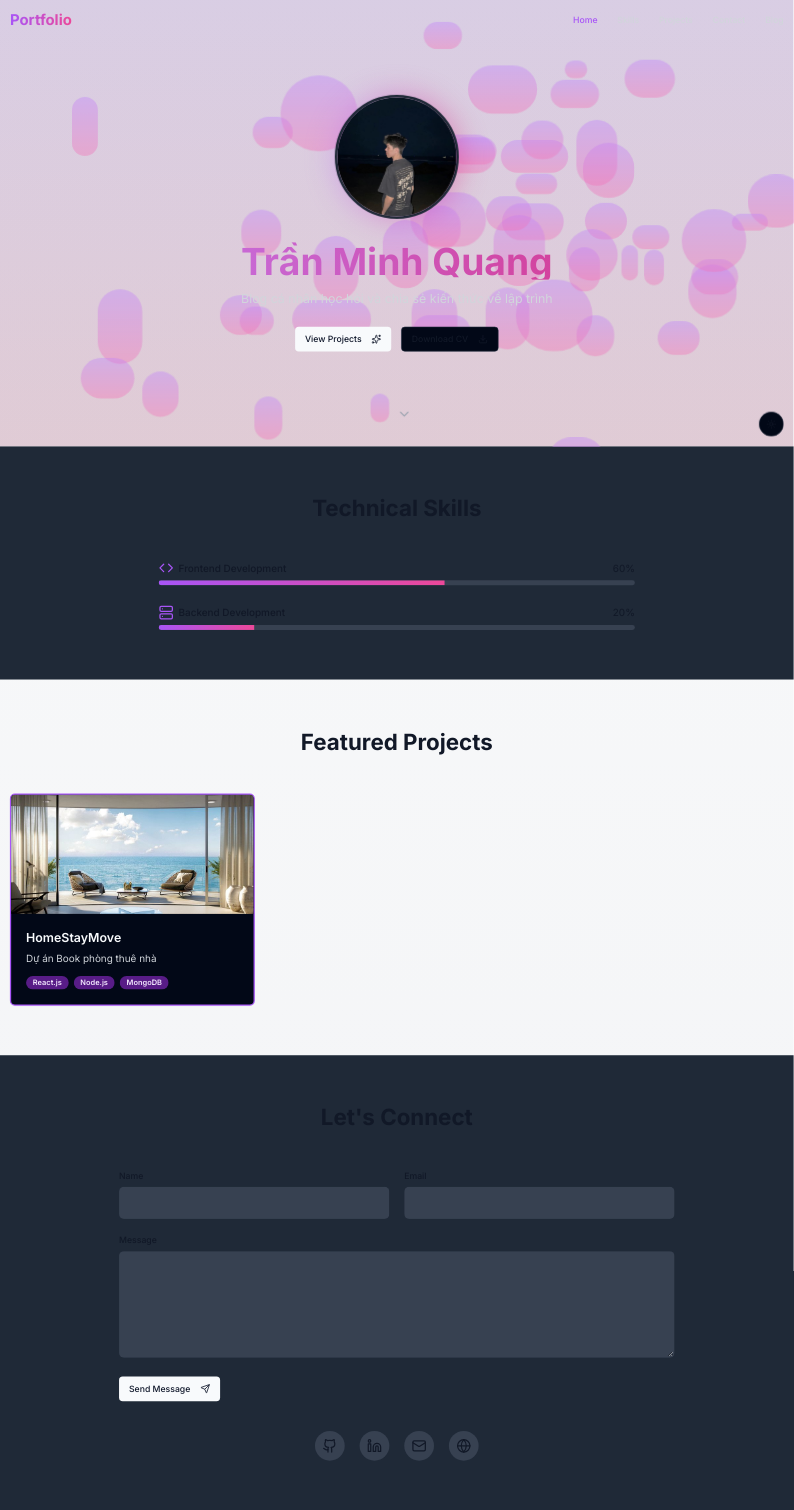
Repository: minhquang203/blog
Page: /
These files come from the project's save history. The page is drawn as it stood at one moment and after the next save; the edit follows.
The browser window is 1280 px wide. The pictures show the whole page, at 62% of full size.
The project was rebuilt for these pictures with package versions that can differ from the ones it lists, and the page was loaded fresh each time. The framework's server and built-in components were replaced by stand-ins that run in the browser. Also part of the build but not shown: next.config.ts.

Above is the page before, as saved 2025-01-06 19:19:01.

### app/layout.tsx
import { Inter } from 'next/font/google'
import './globals.css'

const inter = Inter({ subsets: ['latin'] })

export default function RootLayout({
  children,
}: {
  children: React.ReactNode
}) {
  return (
    <html lang="en" className="scroll-smooth">
      <head>
        <title>Minh Quang - Web Developer Portfolio</title>
        <meta name="description" content="Full Stack Web Developer specializing in React, Node.js, and modern web technologies" />
      </head>
      <body className={`${inter.className} dark:bg-gray-900`}>
        {children}
      </body>
    </html>
  )
}

### app/page.tsx
"use client";

import { ContactForm } from "@/components/ContactForm";
import { Navbar } from "@/components/Navbar";
import { ProjectCard } from "@/components/ProjectCard";
import { SkillBar } from "@/components/SkillBar";
import { Button } from "@/components/ui/button";
import { motion } from "framer-motion";
import {
  ChevronDown,
  Code,
  Download,
  Github,
  Globe,
  Linkedin,
  Mail,
  Moon,
  Server,
  Sparkles,
  Sun
} from "lucide-react";
import dynamic from "next/dynamic";
import Image from "next/image";
import { useState } from "react";

const AnimatedBackground = dynamic(
  () => import("@/components/AnimatedBackground"),
  { ssr: false }
);
const AnimatedCursor = dynamic(() => import("@/components/AnimatedCursor"), {
  ssr: false,
});

export default function Home() {
  const [theme, setTheme] = useState("dark");
  const [activeSection, setActiveSection] = useState("home");

  const skills = [
    { name: "Frontend Development", level: 60, icon: Code },
    { name: "Backend Development", level: 20, icon: Server },
  ];

  const projects = [
    {
      title: "HomeStayMove",
      description: "Dự án Book phòng thuê nhà",
      image: "/slide.jpg?height=400&width=600", // Đảm bảo rằng bạn đã đặt hình ảnh này trong thư mục public
      tags: ["React.js", "Node.js", "MongoDB"],
      link: "https://homestaymove.example.com", // Thay thế bằng liên kết thực tế của dự án
      featured: true,
    },
  ];

  const toggleTheme = () => {
    setTheme(theme === "dark" ? "light" : "dark");
    document.documentElement.classList.toggle("dark");
  };

  return (
    <div
      className={`min-h-screen bg-gradient-to-b from-gray-50 to-gray-100 dark:from-gray-900 dark:to-gray-800 text-gray-900 dark:text-white transition-colors duration-300 ${theme}`}
    >
      <AnimatedCursor />
      <Navbar
        activeSection={activeSection}
        setActiveSection={setActiveSection}
      />

      {/* Hero Section */}
      <section
        id="home"
        className="relative min-h-screen flex items-center justify-center overflow-hidden"
      >
        <AnimatedBackground />
        <div className="container mx-auto px-4 z-10">
          <motion.div
            initial={{ opacity: 0, y: 20 }}
            animate={{ opacity: 1, y: 0 }}
            transition={{ duration: 0.8 }}
            className="text-center"
          >
            <motion.div
              initial={{ scale: 0 }}
              animate={{ scale: 1 }}
              transition={{ type: "spring", stiffness: 260, damping: 20 }}
              className="relative inline-block mb-8"
            >
              <div className="absolute inset-0 animate-pulse bg-gradient-to-r from-purple-400 to-pink-600 rounded-full blur-xl opacity-50"></div>
              <Image
                src="/minhquang.jpg?height=200&width=200"
                alt="Profile"
                width={200}
                height={200}
                className="rounded-full relative z-10 border-4 border-white dark:border-gray-800"
              />
            </motion.div>
            <motion.h1
              className="text-6xl font-bold mb-4 bg-clip-text text-transparent bg-gradient-to-r from-purple-400 to-pink-600"
              initial={{ opacity: 0 }}
              animate={{ opacity: 1 }}
              transition={{ delay: 0.2 }}
            >
              Trần Minh Quang
            </motion.h1>
            <motion.p
              className="text-xl mb-8 text-gray-600 dark:text-gray-300"
              initial={{ opacity: 0 }}
              animate={{ opacity: 1 }}
              transition={{ delay: 0.3 }}
            >
              Blog cá nhân học hỏi và chia sẻ kiến thức về lập trình
            </motion.p>
            <motion.div
              initial={{ opacity: 0 }}
              animate={{ opacity: 1 }}
              transition={{ delay: 0.4 }}
              className="flex justify-center gap-4"
            >
              <Button className="group">
                View Projects
                <Sparkles className="ml-2 h-4 w-4 transition-transform group-hover:rotate-12" />
              </Button>
              <Button variant="outline" className="group">
                Download CV
                <Download className="ml-2 h-4 w-4 transition-transform group-hover:-translate-y-1" />
              </Button>
            </motion.div>
          </motion.div>
        </div>
        <motion.div
          animate={{ y: [0, -10, 0] }}
          transition={{ duration: 2, repeat: Infinity }}
          className="absolute bottom-10 left-1/2 transform -translate-x-1/2"
        >
          <ChevronDown className="h-6 w-6 text-gray-400" />
        </motion.div>
      </section>

      {/* Skills Section */}
      <section id="skills" className="py-20 bg-white dark:bg-gray-800">
        <div className="container mx-auto px-4">
          <motion.h2
            className="text-4xl font-bold text-center mb-16"
            initial={{ opacity: 0 }}
            whileInView={{ opacity: 1 }}
            viewport={{ once: true }}
          >
            Technical Skills
          </motion.h2>
          <div className="max-w-3xl mx-auto space-y-8">
            {skills.map((skill, index) => (
              <SkillBar key={index} skill={skill} index={index} />
            ))}
          </div>
        </div>
      </section>

      {/* Projects Section */}
      <section id="projects" className="py-20">
        <div className="container mx-auto px-4">
          <motion.h2
            className="text-4xl font-bold text-center mb-16"
            initial={{ opacity: 0 }}
            whileInView={{ opacity: 1 }}
            viewport={{ once: true }}
          >
            Featured Projects
          </motion.h2>
          <div className="grid grid-cols-1 md:grid-cols-2 lg:grid-cols-3 gap-8">
            {projects.map((project, index) => (
              <ProjectCard key={index} project={project} index={index} />
            ))}
          </div>
        </div>
      </section>

      {/* Contact Section */}
      <section id="contact" className="py-20 bg-white dark:bg-gray-800">
        <div className="container mx-auto px-4">
          <motion.h2
            className="text-4xl font-bold text-center mb-16"
            initial={{ opacity: 0 }}
            whileInView={{ opacity: 1 }}
            viewport={{ once: true }}
          >
            Let&apos;s Connect
          </motion.h2>
          <div className="max-w-4xl mx-auto">
            <ContactForm />
          </div>
          <motion.div
            className="flex justify-center space-x-6 mt-12"
            initial={{ opacity: 0 }}
            whileInView={{ opacity: 1 }}
            viewport={{ once: true }}
          >
            {[
              { icon: Github, href: "https://github.com/minhquang203", label: "GitHub" },
              {
                icon: Linkedin,
                href: "https://linkedin.com",
                label: "LinkedIn",
              },
              {
                icon: Mail,
                href: "tranminhquang082003@gmail.com",
                label: "Email",
              },
              { icon: Globe, href: "https://example.com", label: "Website" },
            ].map((item, index) => (
              <motion.a
                key={index}
                href={item.href}
                target="_blank"
                rel="noopener noreferrer"
                className="social-icon p-3 rounded-full bg-gray-100 dark:bg-gray-700 hover:bg-purple-100 dark:hover:bg-purple-900 transition-colors"
                whileHover={{ scale: 1.1 }}
                whileTap={{ scale: 0.95 }}
              >
                <item.icon className="h-6 w-6" />
                <span className="sr-only">{item.label}</span>
              </motion.a>
            ))}
          </motion.div>
        </div>
      </section>

      <Button
        className="fixed bottom-4 right-4 rounded-full p-2"
        variant="outline"
        size="icon"
        onClick={toggleTheme}
      >
        {theme === "dark" ? (
          <Sun className="h-5 w-5" />
        ) : (
          <Moon className="h-5 w-5" />
        )}
      </Button>
    </div>
  );
}

### components/SkillBar.tsx
'use client'

import { motion } from 'framer-motion'
import { type LucideIcon } from 'lucide-react'

interface SkillBarProps {
  skill: {
    name: string
    level: number
    icon: LucideIcon
  }
  index: number
}

export function SkillBar({ skill, index }: SkillBarProps) {
  return (
    <motion.div
      initial={{ opacity: 0, x: -50 }}
      whileInView={{ opacity: 1, x: 0 }}
      transition={{ duration: 0.5, delay: index * 0.1 }}
      className="relative"
    >
      <div className="flex items-center mb-2">
        <skill.icon className="h-6 w-6 mr-2 text-purple-500" />
        <span className="font-medium">{skill.name}</span>
        <span className="ml-auto">{skill.level}%</span>
      </div>
      <div className="h-2 bg-gray-200 dark:bg-gray-700 rounded-full overflow-hidden">
        <motion.div
          className="h-full bg-gradient-to-r from-purple-500 to-pink-500"
          initial={{ width: 0 }}
          whileInView={{ width: `${skill.level}%` }}
          transition={{ duration: 1, delay: index * 0.1 }}
        />
      </div>
    </motion.div>
  )
}

Loaded but not shown: lib/utils.ts (common file); tailwind.config.ts (common file); app/globals.css (236 lines, source omitted); components/Navbar.tsx (118 lines, source omitted); components/ProjectCard.tsx (74 lines, source omitted); components/ContactForm.tsx (72 lines, source omitted); components/ui/button.tsx (56 lines, source omitted); components/ui/card.tsx (79 lines, source omitted); components/AnimatedCursor.tsx (39 lines, source omitted); components/AnimatedBackground.tsx (35 lines, source omitted); components/ui/badge.tsx (36 lines, source omitted)

After the next save:
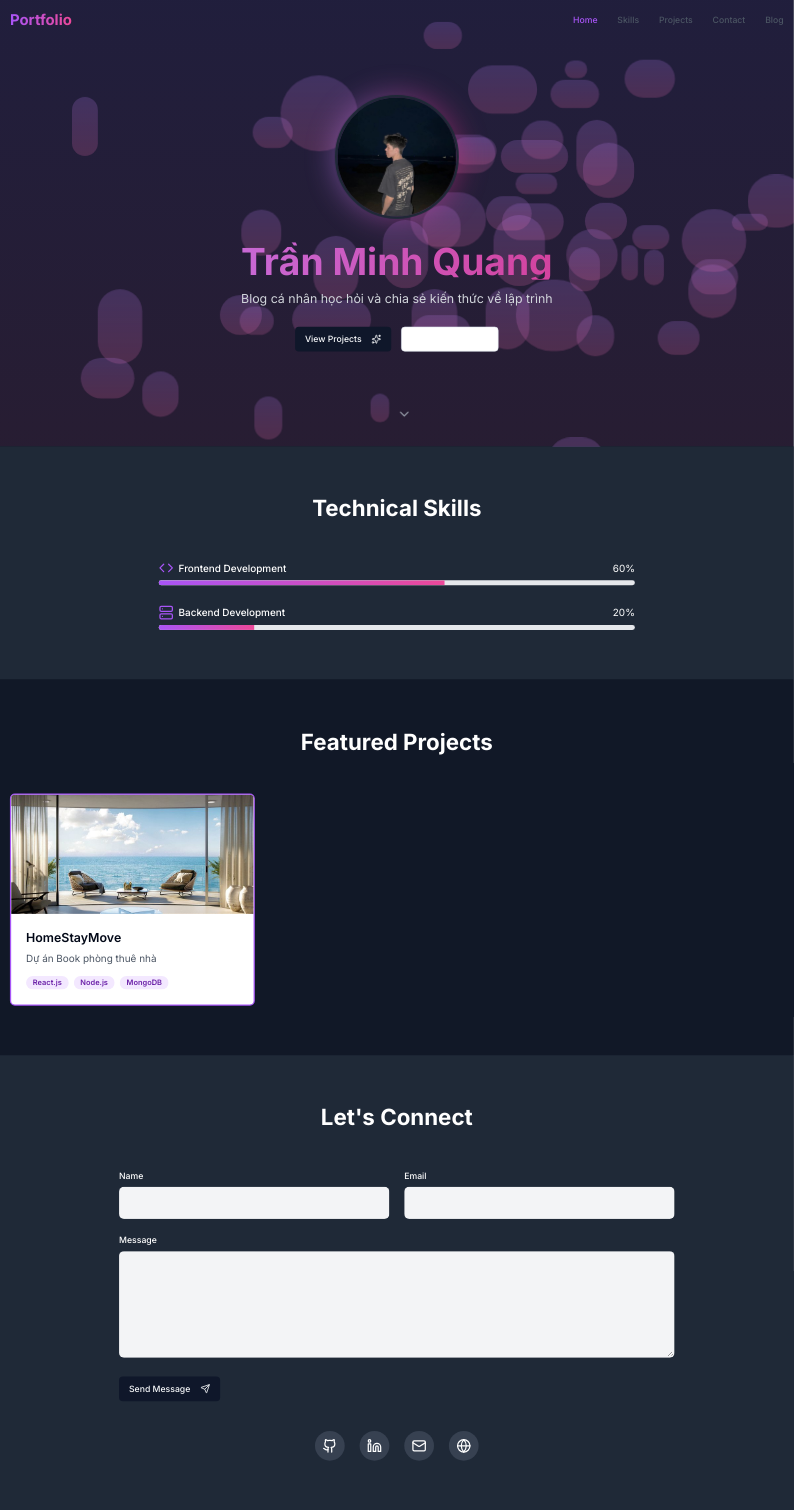
Saved 85 s later.
--- a/app/page.tsx
+++ b/app/page.tsx
@@ -14,10 +14,8 @@
   Globe,
   Linkedin,
   Mail,
-  Moon,
   Server,
   Sparkles,
-  Sun
 } from "lucide-react";
 import dynamic from "next/dynamic";
 import Image from "next/image";
@@ -32,7 +30,6 @@
 });
 
 export default function Home() {
-  const [theme, setTheme] = useState("dark");
   const [activeSection, setActiveSection] = useState("home");
 
   const skills = [
@@ -44,22 +41,15 @@
     {
       title: "HomeStayMove",
       description: "Dự án Book phòng thuê nhà",
-      image: "/slide.jpg?height=400&width=600", // Đảm bảo rằng bạn đã đặt hình ảnh này trong thư mục public
+      image: "/slide.jpg?height=400&width=600",
       tags: ["React.js", "Node.js", "MongoDB"],
-      link: "https://homestaymove.example.com", // Thay thế bằng liên kết thực tế của dự án
+      link: "https://homestaymove.example.com",
       featured: true,
     },
   ];
 
-  const toggleTheme = () => {
-    setTheme(theme === "dark" ? "light" : "dark");
-    document.documentElement.classList.toggle("dark");
-  };
-
   return (
-    <div
-      className={`min-h-screen bg-gradient-to-b from-gray-50 to-gray-100 dark:from-gray-900 dark:to-gray-800 text-gray-900 dark:text-white transition-colors duration-300 ${theme}`}
-    >
+    <div className="min-h-screen bg-gray-900 text-white">
       <AnimatedCursor />
       <Navbar
         activeSection={activeSection}
@@ -91,7 +81,7 @@
                 alt="Profile"
                 width={200}
                 height={200}
-                className="rounded-full relative z-10 border-4 border-white dark:border-gray-800"
+                className="rounded-full relative z-10 border-4 border-gray-800"
               />
             </motion.div>
             <motion.h1
@@ -103,7 +93,7 @@
               Trần Minh Quang
             </motion.h1>
             <motion.p
-              className="text-xl mb-8 text-gray-600 dark:text-gray-300"
+              className="text-xl mb-8 text-gray-300"
               initial={{ opacity: 0 }}
               animate={{ opacity: 1 }}
               transition={{ delay: 0.3 }}
@@ -137,7 +127,7 @@
       </section>
 
       {/* Skills Section */}
-      <section id="skills" className="py-20 bg-white dark:bg-gray-800">
+      <section id="skills" className="py-20 bg-gray-800">
         <div className="container mx-auto px-4">
           <motion.h2
             className="text-4xl font-bold text-center mb-16"
@@ -156,7 +146,7 @@
       </section>
 
       {/* Projects Section */}
-      <section id="projects" className="py-20">
+      <section id="projects" className="py-20 bg-gray-900">
         <div className="container mx-auto px-4">
           <motion.h2
             className="text-4xl font-bold text-center mb-16"
@@ -175,7 +165,7 @@
       </section>
 
       {/* Contact Section */}
-      <section id="contact" className="py-20 bg-white dark:bg-gray-800">
+      <section id="contact" className="py-20 bg-gray-800">
         <div className="container mx-auto px-4">
           <motion.h2
             className="text-4xl font-bold text-center mb-16"
@@ -213,7 +203,7 @@
                 href={item.href}
                 target="_blank"
                 rel="noopener noreferrer"
-                className="social-icon p-3 rounded-full bg-gray-100 dark:bg-gray-700 hover:bg-purple-100 dark:hover:bg-purple-900 transition-colors"
+                className="social-icon p-3 rounded-full bg-gray-700 hover:bg-purple-900 transition-colors"
                 whileHover={{ scale: 1.1 }}
                 whileTap={{ scale: 0.95 }}
               >
@@ -224,19 +214,6 @@
           </motion.div>
         </div>
       </section>
-
-      <Button
-        className="fixed bottom-4 right-4 rounded-full p-2"
-        variant="outline"
-        size="icon"
-        onClick={toggleTheme}
-      >
-        {theme === "dark" ? (
-          <Sun className="h-5 w-5" />
-        ) : (
-          <Moon className="h-5 w-5" />
-        )}
-      </Button>
     </div>
   );
 }

After the save that followed:
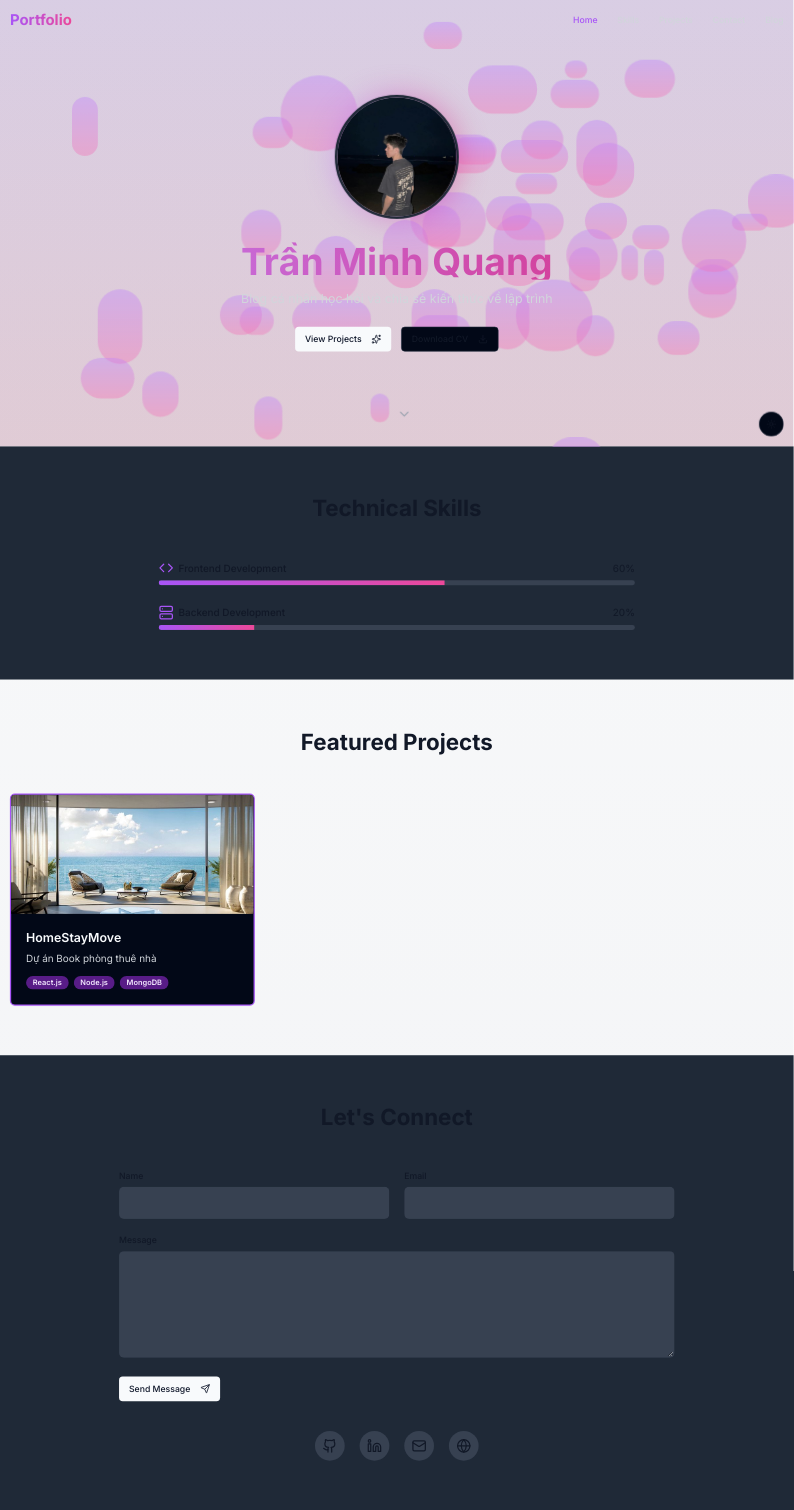
Saved 9 s later.
--- a/app/page.tsx
+++ b/app/page.tsx
@@ -14,8 +14,10 @@
   Globe,
   Linkedin,
   Mail,
+  Moon,
   Server,
   Sparkles,
+  Sun
 } from "lucide-react";
 import dynamic from "next/dynamic";
 import Image from "next/image";
@@ -30,6 +32,7 @@
 });
 
 export default function Home() {
+  const [theme, setTheme] = useState("dark");
   const [activeSection, setActiveSection] = useState("home");
 
   const skills = [
@@ -41,15 +44,22 @@
     {
       title: "HomeStayMove",
       description: "Dự án Book phòng thuê nhà",
-      image: "/slide.jpg?height=400&width=600",
+      image: "/slide.jpg?height=400&width=600", // Đảm bảo rằng bạn đã đặt hình ảnh này trong thư mục public
       tags: ["React.js", "Node.js", "MongoDB"],
-      link: "https://homestaymove.example.com",
+      link: "https://homestaymove.example.com", // Thay thế bằng liên kết thực tế của dự án
       featured: true,
     },
   ];
 
+  const toggleTheme = () => {
+    setTheme(theme === "dark" ? "light" : "dark");
+    document.documentElement.classList.toggle("dark");
+  };
+
   return (
-    <div className="min-h-screen bg-gray-900 text-white">
+    <div
+      className={`min-h-screen bg-gradient-to-b from-gray-50 to-gray-100 dark:from-gray-900 dark:to-gray-800 text-gray-900 dark:text-white transition-colors duration-300 ${theme}`}
+    >
       <AnimatedCursor />
       <Navbar
         activeSection={activeSection}
@@ -81,7 +91,7 @@
                 alt="Profile"
                 width={200}
                 height={200}
-                className="rounded-full relative z-10 border-4 border-gray-800"
+                className="rounded-full relative z-10 border-4 border-white dark:border-gray-800"
               />
             </motion.div>
             <motion.h1
@@ -93,7 +103,7 @@
               Trần Minh Quang
             </motion.h1>
             <motion.p
-              className="text-xl mb-8 text-gray-300"
+              className="text-xl mb-8 text-gray-600 dark:text-gray-300"
               initial={{ opacity: 0 }}
               animate={{ opacity: 1 }}
               transition={{ delay: 0.3 }}
@@ -127,7 +137,7 @@
       </section>
 
       {/* Skills Section */}
-      <section id="skills" className="py-20 bg-gray-800">
+      <section id="skills" className="py-20 bg-white dark:bg-gray-800">
         <div className="container mx-auto px-4">
           <motion.h2
             className="text-4xl font-bold text-center mb-16"
@@ -146,7 +156,7 @@
       </section>
 
       {/* Projects Section */}
-      <section id="projects" className="py-20 bg-gray-900">
+      <section id="projects" className="py-20">
         <div className="container mx-auto px-4">
           <motion.h2
             className="text-4xl font-bold text-center mb-16"
@@ -165,7 +175,7 @@
       </section>
 
       {/* Contact Section */}
-      <section id="contact" className="py-20 bg-gray-800">
+      <section id="contact" className="py-20 bg-white dark:bg-gray-800">
         <div className="container mx-auto px-4">
           <motion.h2
             className="text-4xl font-bold text-center mb-16"
@@ -203,7 +213,7 @@
                 href={item.href}
                 target="_blank"
                 rel="noopener noreferrer"
-                className="social-icon p-3 rounded-full bg-gray-700 hover:bg-purple-900 transition-colors"
+                className="social-icon p-3 rounded-full bg-gray-100 dark:bg-gray-700 hover:bg-purple-100 dark:hover:bg-purple-900 transition-colors"
                 whileHover={{ scale: 1.1 }}
                 whileTap={{ scale: 0.95 }}
               >
@@ -214,6 +224,19 @@
           </motion.div>
         </div>
       </section>
+
+      <Button
+        className="fixed bottom-4 right-4 rounded-full p-2"
+        variant="outline"
+        size="icon"
+        onClick={toggleTheme}
+      >
+        {theme === "dark" ? (
+          <Sun className="h-5 w-5" />
+        ) : (
+          <Moon className="h-5 w-5" />
+        )}
+      </Button>
     </div>
   );
 }
